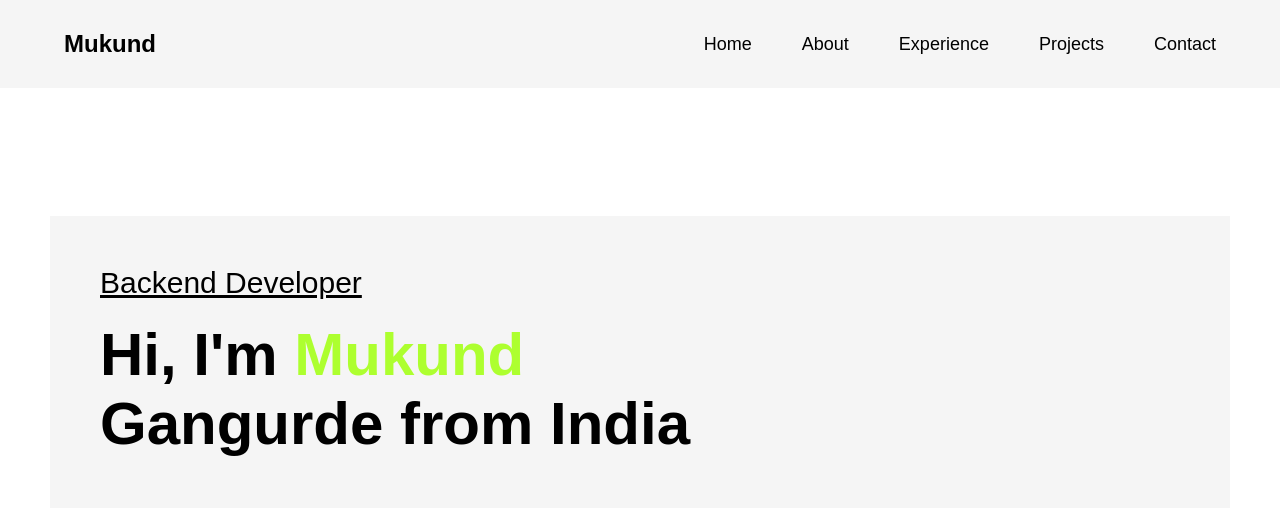
Repository: mukundgangurde/expense-tracker
Page: index.html
These files come from the project's save history. The page is drawn as it stood at one moment and after a run of saves; the edit follows.
The browser window is 1280 px wide. The pictures show the whole page.

Above is the page before, as saved 2025-11-02 22:39:45.

After the next 2 saves:
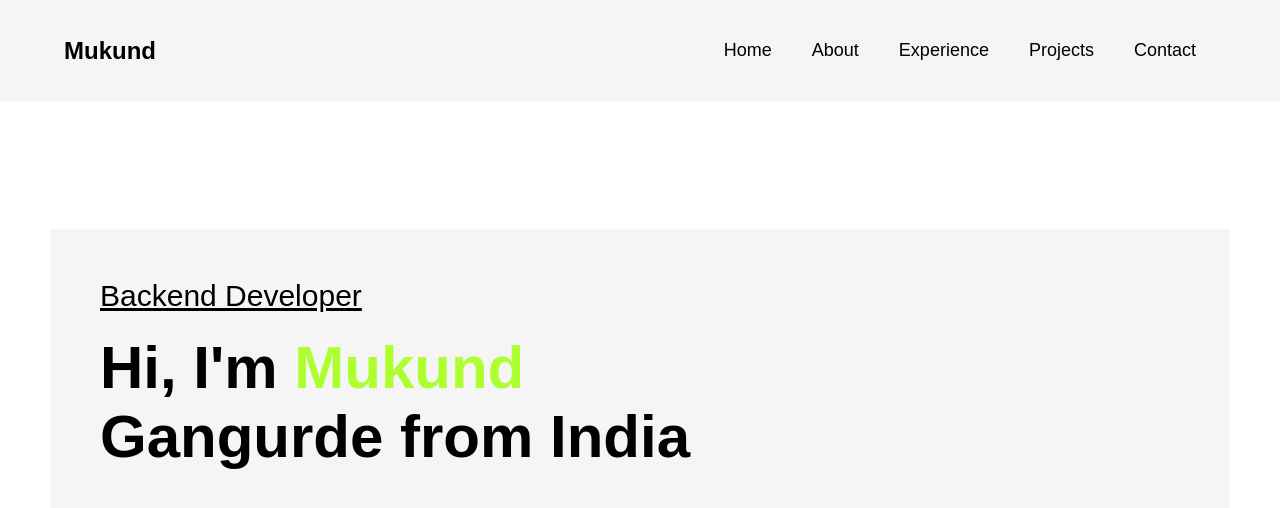
The 2 saves are shown as one change because they came seconds apart.
The last was saved 16 s later.
--- a/style.css
+++ b/style.css
@@ -36,14 +36,14 @@ nav {
 ul {
   display: flex;
   justify-content: space-between;
-  gap: 50px;
+  /* gap: 50px; */
   font-size: 18px;
 }
 
 nav ul li {
   display: inline-block;
   list-style-type: none;
-  /* margin: 10px 20px; */
+  margin: 10px 20px;
 }
 
 nav ul li :hover {
